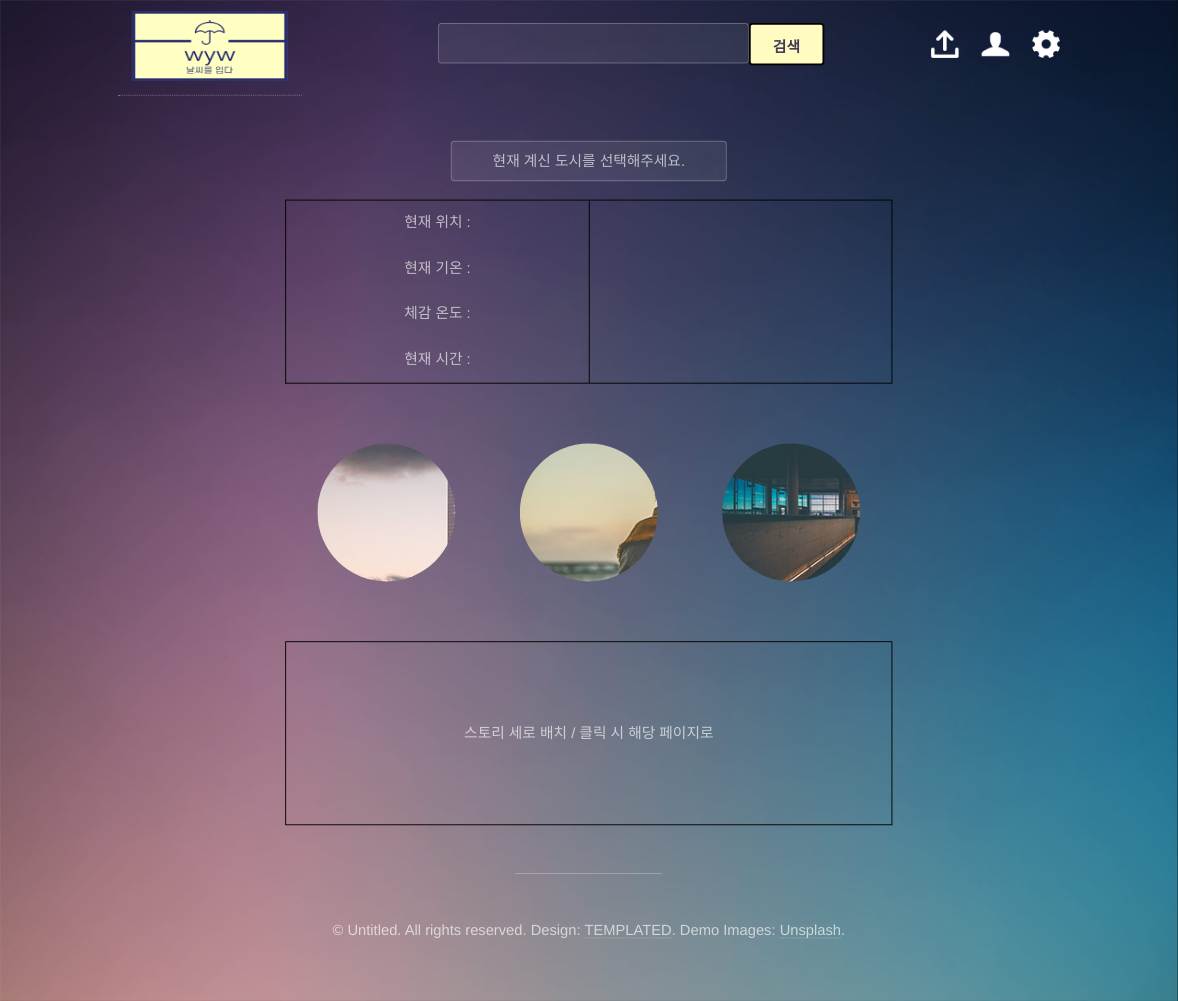
Repository: semo41105/WYW-Project
Page: http://localhost/WYW/mainPage.jsp
The author's editor kept a copy of each file at every save. The page is drawn from the files as they stood at one save, then again after the next save.
The browser window is 1280 px wide. The pictures show the whole page, at 92% of full size.
Some web fonts or font styles are not loaded; a fallback is used. The page is served by Tomcat 9. Nobody is signed in. The application's start-up code is not run.

Above is the page before, as saved 2021-03-09 05:39:07.

After the next save:
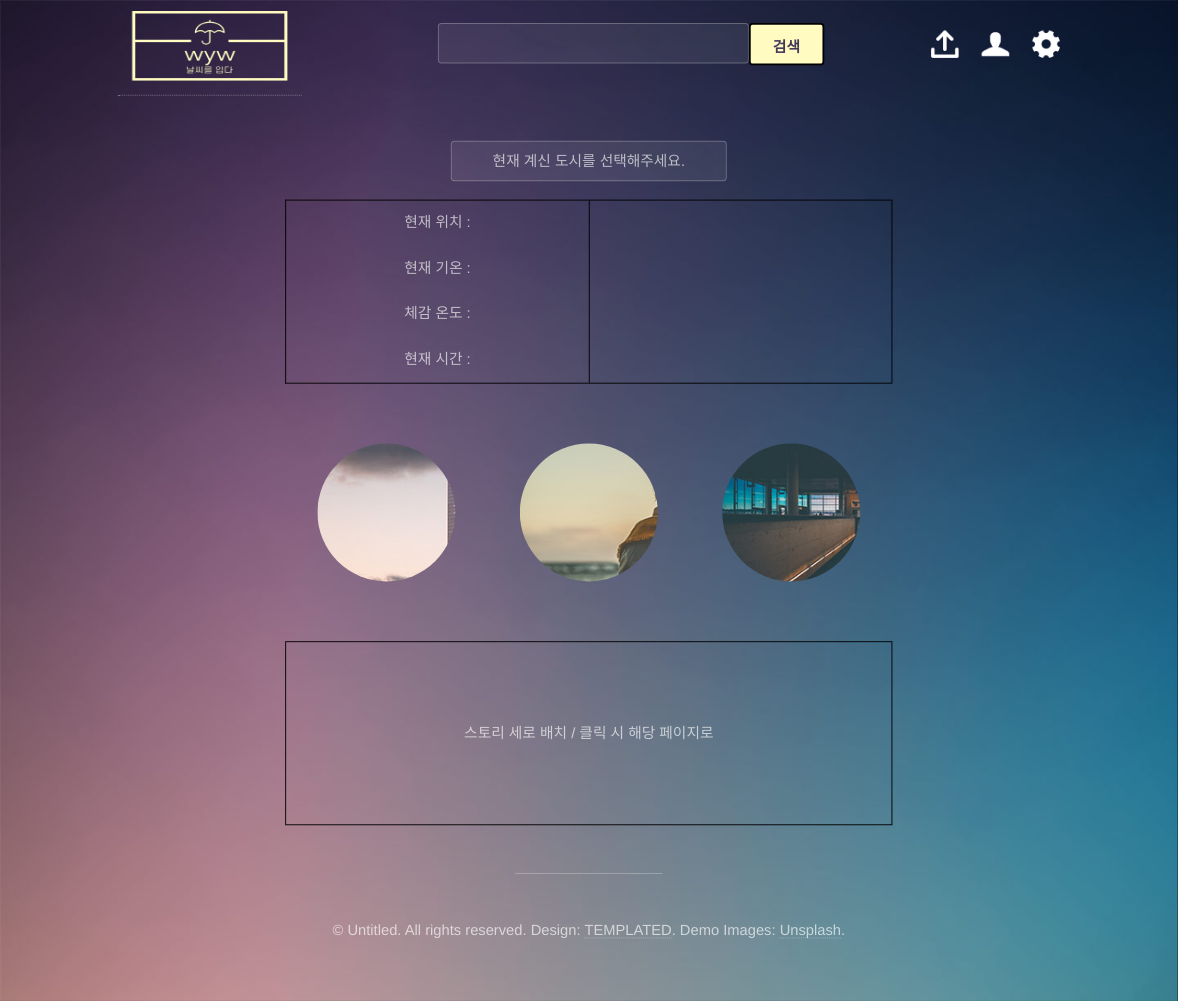
Saved 15 min 16 s later.
--- a/WYW/WebContent/mainPage.jsp
+++ b/WYW/WebContent/mainPage.jsp
@@ -25,10 +25,10 @@
 	<meta name="viewport" content="width=device-width, initial-scale=1" />
 	<link rel="stylesheet" href="assets/css/main.css" />
 <!-- Scripts -->
-	<script src="assets/js/jquery.min.js"></script>
-	<script src="assets/js/main.js"></script>
-	<script src="assets/js/jquery.poptrox.min.js"></script>
-	<script src="assets/js/skel.min.js"></script>
+   <script src="assets/js/jquery.min.js"></script>
+   <script src="assets/js/main.js"></script>
+   <script src="assets/js/jquery.poptrox.min.js"></script>
+   <script src="assets/js/skel.min.js"></script>
 </head>
 <body>
 	<!-- Wrapper -->
@@ -37,7 +37,7 @@
 			<header style="height: 100px">
 				<div id="s0">
 					<a>
-						<img alt="WYW_날씨를 입다" src="images/logo/logo_wyw.png" width="200" height="100" onclick="location.href='mainController.do?command=mainpage'">
+						<img alt="WYW_날씨를 입다" src="images/logo/logo_wyw_yellow.png" width="200" height="100" onclick="location.href='mainController.do?command=mainpage'">
 					</a>
 				</div>
 				<div id="s1"><input type="text"></div>
@@ -46,7 +46,7 @@
 						<a href="#" class="label">
 							<img id="s4" class="icons" src="images/icon/setting.png" alt="setting" align="right" width="30px">
 							<img id="s4" class="icons" src="images/icon/user.png" alt="user" align="right" width="30px" onclick="location.href='mainController.do?command=mypage'">
-							<img id="s4" class="icons" src="images/icon/up.png" alt="upload" align="right" width="30px" >
+							<img id="s4" class="icons" src="images/icon/up.png" alt="upload" align="right" width="30px" onclick="location.href='mainController.do?command=StoryPage'">
 						</a>
 				</div>
 			</header>
